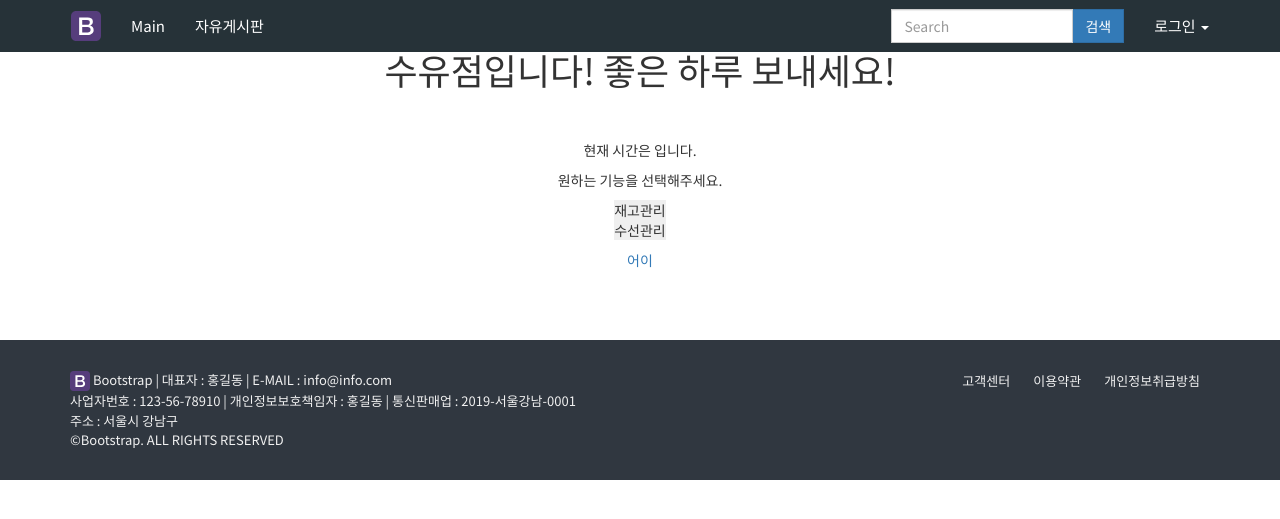
Repository: RattenLegs/Project_Inventory
Page: http://localhost/Project_Inventory/WEB-INF/views/home.jsp
An editor plug-in stored every save of this project. The page is shown before and after the next save, followed by the edit.
The browser window is 1280 px wide. The pictures show the whole page.
Some web libraries are served in a nearby version. The page is served by Tomcat 9. Nobody is signed in. Other server files are loaded and not shown. The template is opened directly, without the code that normally fills it, so the values that code supplies are empty.

Above is the page before, as saved 2022-12-01 14:13:56.

### Project_Inventory/src/main/webapp/WEB-INF/views/home.jsp
<%@ taglib uri="http://java.sun.com/jsp/jstl/core" prefix="c"%>
<%@ page session="false"%>
<%@ page language="java" contentType="text/html; charset=UTF-8"
	pageEncoding="UTF-8"%><!-- 한글 깨질때 꼭 해야함 -->
<html>
<head>
<meta charset="UTF-8">
<meta http-equiv="X-UA-Compatible" content="IE=edge">
<meta name="viewport" content="width=device-width, initial-scale=1.0">
<title>수유점 관리시스템에 오신걸 환영합니다.</title>

<jsp:include page="../include/header.jsp" />
</head>
<body>
	<section>
		<div style="text-align: center">
			<h1>수유점입니다! 좋은 하루 보내세요!</h1>
		</div>
	</section>
	<section>
		<div style="text-align: center">
			<P>현재 시간은 ${serverTime} 입니다.</P>
			<p>원하는 기능을 선택해주세요.</p>
			<button onclick="location.href='www.naver.com'">재고관리</button>
			<p>
			<button type="button" onclick="goRepairList();">수선관리</button>
			<p>
			<a href="../myweb/repairboard/repairList.jsp">어이</a>
			</p>
		</div>
	</section>
</body>
<jsp:include page="../include/footer.jsp" />
</html>

<script>

function goRepairList(){
    location.href = "repairList.jsp";
}

</script>

### Project_Inventory/src/main/webapp/WEB-INF/include/header.jsp
<%@ page language="java" contentType="text/html; charset=UTF-8"
    pageEncoding="UTF-8"%>
<%@ taglib uri="http://java.sun.com/jsp/jstl/core" prefix="c" %>

<!DOCTYPE html>
<html>
<head>

    <meta charset="utf-8">
    <meta http-equiv="X-UA-Compatible" content="IE=edge">
    <meta name="viewport" content="width=device-width, initial-scale=1">
    <title>인덱스를 만들어 보자</title>

	<!--
		${pageContext.request.contextPath} == <c:url value='' />
	 -->

    <link href="${pageContext.request.contextPath}/resources/css/bootstrap.css" rel="stylesheet">
    <script src="https://ajax.googleapis.com/ajax/libs/jquery/1.11.2/jquery.min.js"></script>
    <!--개인 디자인 추가-->
    <link href="${pageContext.request.contextPath}/resources/css/style.css" rel="stylesheet">
    <script src="${pageContext.request.contextPath}/resources/js/bootstrap.js"></script>
</head>
<body>
	<header>
        <div class="container-fluid">
            <div class="row">
                <div class="container">
                    <div class="navbar">
                        <div class="navbar-header">
                            <!--data-toggle 같은 것들은 내부적으로 지원하는 반응형 API기능이므로 지우면 안됩니다-->
                            <button type="button" class="navbar-toggle" data-toggle="collapse" data-target="#myNavbar">
                                <span class="icon-bar"></span>
                                <span class="icon-bar"></span>
                                <span class="icon-bar"></span>
                            </button>
                            <a class="navbar-brand" href="#"><img width="30" src="${pageContext.request.contextPath }/resources/img/logo.svg" alt="Brand"></a>
                        </div>


                        <div class="collapse navbar-collapse" id="myNavbar">
                            <ul class="nav navbar-nav">
                                <li class="active"><a href="<c:url value='/' />">Main</a></li>
                                <li><a href="<c:url value='/freeboard/freeList' />">자유게시판</a></li>
                                <!--
				<li><a href="#">강의</a></li>
                                <li><a href="#">Form</a></li>
                                <li><a href="#">Board</a></li>
 				-->

                            </ul>
                            <ul class="nav navbar-nav navbar-right">
                                <li class="dropdown">
                                    <a class="dropdown-toggle" data-toggle="dropdown" href="#">로그인
                                        <span class="caret"></span></a>
                                    <ul class="dropdown-menu">
                                        <li><a href="<c:url value='/user/userJoin' />"><span class="glyphicon glyphicon-user"></span>Join</a></li>
                                        <li><a href="#"><span class="glyphicon glyphicon-log-in"></span>Login</a></li>
                                        <li><a href="#"><span class="glyphicon glyphicon-user"></span>MyPage</a></li>
                                        <li><a href="#"><span class="glyphicon glyphicon-log-out"></span>Logout</a></li>
                                    </ul>
                                </li>
                            </ul>

                            <form class="navbar-form navbar-right" action="">
                                <div class="input-group">
                                    <input type="text" class="form-control" placeholder="Search">
                                    <div class="input-group-btn">

                                        <button class="btn btn-primary" type="submit">
                                           	 검색
                                        </button>
                                    </div>
                                </div>
                            </form>
                        </div>
                    </div>
                </div>
            </div>
        </div>
    </header>

### Project_Inventory/src/main/webapp/WEB-INF/include/footer.jsp
<%@ page language="java" contentType="text/html; charset=UTF-8"
    pageEncoding="UTF-8"%>
    <footer>
        <div class="container">
            <div class="row">
                <div class="col-md-7 col-sm-12">
                    <div class="copyright">
                        <a href="">
                            <img width="20" src="${pageContext.request.contextPath }/resources/img/logo.svg" alt="Brand">
                        </a>
                        Bootstrap | 대표자 : 홍길동 | E-MAIL : info&#64;info.com<br>
                        사업자번호 : 123-56-78910 | 개인정보보호책임자 : 홍길동 | 통신판매업 : 2019-서울강남-0001<br>
                        주소 : 서울시 강남구
                        <address>&copy;Bootstrap. ALL RIGHTS RESERVED</address>
                    </div>
                </div>
                <div class="col-md-5 col-sm-12 text-right">
                    <ul class="footer-menu">
                        <li><a href="#">고객센터</a></li>
                        <li><a href="#">이용약관</a></li>
                        <li><a href="#">개인정보취급방침</a></li>
                    </ul>
                </div>
            </div>
        </div>
    </footer>
    <!-- //footer -->

### Project_Inventory/src/main/webapp/resources/css/style.css
/*=========웹폰트 선언=========*/
@import
	url('https://fonts.googleapis.com/css?family=Noto+Sans+KR&display=swap')
	;
/*===========================*/

/*디자인 시작시 기본 선언*/
* { /* 기본선언: 마딩, 패딩 0, 요소크기에 padding, border값을 포함 x*/
	padding: 0;
	margin: 0;
	box-sizing: border-box;
}

body, html {
	width: 100%;
	min-width: 320px;
	font-family: 'Noto Sans KR', sans-serif; /*웹폰트 사용*/
}

img {
	max-width: 100%; /*사이즈가 변해도 넓이를 유지 */
	height: auto; /*사이즈가 변해도 높이를 유지 */
	/*vertical-align: top;*/
}

input, textarea, button, select {
	/*고유하게 적용되어있는 form관련 요소들을 제거해서 여러브라우저에서 동일한디자인을 얻게함*/
	-webkit-appearance: none;
	-moz-appearance: none;
	appearance: none;
	border: none
}

ul, ol, dl, li {
	list-style: none /*순서 요소들이 리스트스타일을 업앤다 */
}

.btn {
	border-radius: 0px;
}

/*=========헤더=========*/
.carousel-control.right, .carousel-control.left {
	background-image: linear-gradient(to right, rgba(0, 0, 0, .0001) 0%,
		rgba(0, 0, 0, 0) 100%)
}
header {
	position: fixed;
	left: 0;
	top: 0;
	width: 100%;
	z-index: 50; /*position을 이용하면 요소가 겹쳐질 수 있다. 숫자가 제일 높은값이 위로 떠오른다*/
}
header {
	background: #263238;
}

section {
	margin-top: 50px;
}

/*header 의 모든 컨테이너 클래스에 적용함 */
header .container {
	padding: 0;
}
/*navbar의 margin: 0으로 */
.navbar {
	margin-bottom: 0px;
}
/*이미지 위치 조정 */
.navbar-brand {
	padding: 10px 15px;
}
/*nav의 a변경*/
.nav>li>a {
	font-size: 15px;
	color: white;
}
/*na의 a 호버시 기능 변경 */
.nav>li>a:hover, .nav>li>a:focus {
	background-color: #304047;
}

/* 토글메뉴 윤곽색 변경 */
.navbar-toggle {
	border-color: white;
}

.navbar-toggle>.icon-bar {
	background-color: white;
}
/*개발자도구에서 확인후 색깔변경*/
.nav .open>a:focus {
	background-color: #304047;
}
/*부트스트랩의 드롭다운시 a태그 색상변경  */
.dropdown-menu>li>a {
	color: #f5f5f5;
}
/*======슬라이더=======*/
.slide-list {
	padding: 0;
}
/* ===================================
    Footer style
====================================== */
footer {
	margin-top: 70px;
	background-color: #303740;
	padding: 30px 0;
}

footer .copyright {
	font-size: 13px;
	line-height: 20px;
	color: #f1f1f1;
}

footer .copyright address {
	margin-bottom: 0;
}

footer .footer-menu li {
	display: inline-block;
	padding: 0 10px;
}

footer .footer-menu li a {
	display: block;
	color: #f1f1f1;
	font-size: 13px;
}

/*===========본문=========== */
/*섹션전체에 패딩 추가*/
section {
	/*위 60px 나머지 0 */

}

.prod-list, .prod-link {
	border: 1px solid #ddd; /*윤곽 1, 한줄, 색상 */
	display: block; /* 블락요소로 변경 반드시 필요 */
	text-align: center; /*이미지 가운데 정렬*/
	/* position: relative;*/
}
/*기본 부트설정은 좌우 15px임 -> col에 대해 전부 5px로 바꿔버린다*/
.prod-list, .prod-list>li[class*="col-"] {
	padding: 5px;
}

/*호버기능 추가*/
.prod-link:hover {
	border-color: #4285F4;
}

.prod-link>.arrow {
	display: block; /*span은 인라인 요소입니다 인라인요소는 position속성을 사용할수 없습니다*/
	position: absolute;
	/*원래 위치에서 따로 띠어내어 부모위치로 조정한다 width, heigth를 필수로 지정해야한다*/
	left: 15px; /*좌우 위치조정 left, right 중 한개만쓴다*/
	bottom: 15px; /*위아래 위치조정 top, bottom 중한개만 쓴다 */
	width: 36px; /* 넓이값 조정 */
	height: 36px; /* 높이값 조정*/
	line-height: 36px; /*텍스트가 위치에 맞게 높이와 동일하게 설정 */
	background-color: #ccc;
	color: #fff;
	opacity: 1; /*투명도*/
}
/* .hover클래스의 넓이 색상 투명도*/
.prod-link>.hover {
	width: 100px;
	background-color: #4285F4;
	opacity: 0;
}
/*link호버시 arrow클래스를 투명도 0*/
.prod-link:hover>.arrow {
	opacity: 0;
}
/*link호버시 hover클래스를 투명도 1*/
.prod-link:hover>.hover {
	opacity: 1;
}

/*========회원가입 폼 디자인=========*/
/*제목박스(계속사용) */
.titlebox {
	width: 250px;
	text-align: center;
	height: 40px;
	line-height: 40px;
	margin: 70px auto;
	border-top: 1px solid #E1E1E1;
	border-bottom: 1px solid #E1E1E1;
}

.join-form {
	margin: 0 auto;
	/*가운대 정렬방법 하지만 적용되지 않는다. 이유는 col클래스들이 float:left를 들고 있기 때문*/
	float: none; /*플롯을 해제한다. 가운대정렬이 들어간다*/
}
/*조인폼클래스의 form태그의 접근 */
.join-form form {
	border-radius: 8px; /*윤곽 8*/
	padding: 15px; /*모든 패딩 15*/
	/*박스 쉐도우: 그림자가 가로로떨어진간격, 세로로떨어진 간격, 흐릿정도, 그림자색상*/
	box-shadow: 0px 8px 16px rgba(0, 0, 0, 0.15)
}

.input-group-addon {
	padding: 0;
	border: none; /*윤곽 모두 0*/
	border-radius: 0;
}
/*폼컨트롤, 인풋그룹 내부에 모든 버튼 라디우스 0 */
.form-control, .form-group .btn {
	border-radius: 0;
}
/*포커스시 윤곽 색 변경*/
.form-control:focus {
	border-color: #555;
}
/* 핸드폰폼 디자인 */
.input-group .phone1 {
	width: 33.3333%;
}

.input-group .phone2 {
	width: 66.6666%;
}
/*이메일폼 디자인 */
.email-form {
	box-sizing: border-box;
	overflow: hidden;
}

.email-form input {
	width: 33.33%;
	float: left;
}

.email-form select {
	width: 66.66%;
	float: left;
}
/*=========로그인 디자인==========*/
.login-form {
	margin: 0 auto;
	float: none;
}

.login-form form {
	border-radius: 8px; /*윤곽 8*/
	padding: 70px 120px; /*위아래, 좌우*/
	/*박스 쉐도우: 그림자가 가로로떨어진간격, 세로로떨어진 간격, 흐릿정도, 그림자색상*/
	box-shadow: 0px 8px 16px rgba(0, 0, 0, 0.15);
	margin-bottom: 174px; /*화면에 딱맞게 밀어준다*/
}

/*========회원정보 디자인=========*/
.m-control .m-title {
	min-width: 100px; /*화면줄었을때 최소크기*/
	vertical-align: middle; /*가운대 정렬*/
}

.m-control .form-control {
	width: 200px;
	display: inline; /*인라인요소로 변경한다*/
}
/*개발자 도구에서 input-sm의 정렬을 푼다*/
.m-control .input-sm {
	height: auto;
	line-height: normal;
}
/*sel의 크기만 지정*/
.m-control  .sel {
	width: 80px;
}

.m-control .add {
	width: 400px;
}

.titlefoot {
	text-align: center; /*인라인의 텍스트정렬 가운데*/
	margin: 30px auto; /*박스의 가운데정렬*/
	width: 50%; /*크기 50%*/
}

/*==========자게 디자인==========*/
.titlebox {
	width: 250px;
	text-align: center;
	height: 40px;
	line-height: 40px;
	margin: 70px auto;
	border-top: 1px solid #E1E1E1;
	border-bottom: 1px solid #E1E1E1;
}
/*자게 그리드*/
.board-table {
	float: none; /*col의 플로팅 해제 */
	margin: 0 auto;
}
/*---검색버튼--- */
.search-wrap {
	overflow: hidden; /*부모요소에 히든 */
	margin-bottom: 20px;
}

.search-btn, .search-input, .search-select {
	float: right; /*우측 플로팅 */
}

.search-input {
	width: 140px;
}

.search-select {
	width: 80px;
}

/*제목에 클래스를 줘서 강제로 크기 고정*/
.board-title {
	width: 300px;
}
/*th의 순차적 접근 색상변경 */
.table-bordered>thead>tr>th {
	background-color: #E7F2F9;
	color: #003366;
}

/*테이블 안에 a태그에 순차적 접근 */
.table-bordered>tbody>tr>td>a, .table-bordered>tbody>tr>td>a:hover {
	color: black;
}

.pagination {
	margin: 0; /*페이지 네이션의 기본 마진 0*/
}

.text-center .btn {
	float: right; /*오른쪽으로 쌓아서 우측정렬 시킨다*/
	border: 0; /*border스타일 해제*/
	border-radius: 0; /*윤곽 0*/
	padding: 5px 10px; /*버튼 패딩을 페이지네이션과 맞춘다*/
}

/*==========자게 글쓰기==========*/
.titlebox {
	width: 250px;
	text-align: center;
	height: 40px;
	line-height: 40px;
	margin: 70px auto;
	border-top: 1px solid #E1E1E1;
	border-bottom: 1px solid #E1E1E1;
}

.t-control .t-title {
	width: 100px;
	min-width: 100px; /*화면줄었을때 최소크기*/
	vertical-align: middle; /*테이블에서 세로 가운대정렬*/
}

/*input 요소의 넓이만 선택*/
.t-control input {
	width: 200px;
	display: inline; /*인라인요소로 변경한다*/
}

/*개발자 도구에서 input-sm의 정렬을 푼다*/
.t-control .input-sm {
	height: auto;
	line-height: normal;
}
/*td의 아래만 밑줄*/
.t-control td {
	border-bottom: 1px solid #E1E1E1;
}

.titlefoot {
	text-align: center;
	margin: 30px auto; /*박스의 가운데정렬*/
	width: 50%; /*크기 50%*/
}
/*==========자게 상세보기==========*/
.write-wrap {
	margin: 0 auto;
	/*가운대 정렬방법 하지만 적용되지 않는다. 이유는 col클래스들이 float:left를 들고 있기 때문*/
	float: none; /*플롯을 해제한다. 가운대정렬이 들어간다*/
}
/*=======댓글========*/
.reply-wrap {
	background-color: #f5f5f5;
	padding: 15px;
	border: 1px solid #ddd;
	position: relative; /*부모에 relative*/
}

.reply-wrap .reply-image {
	position: absolute; /*자식에서 absolute로 부모요소 위치로 조정*/
	left: 15px;
	top: 15px;
}

.reply-wrap .reply-content {
	padding-left: 60px;
}
/*부트스트랩의 form-control 조정 */
.reply-content>.form-control {
	resize: vertical; /*세로로만 조정가능*/
	width: 100%; /*최대 100%*/
	min-height: 80px; /*최대 넓이*/
	margin-bottom: 10px;
}

.reply-input>.form-control {
	width: 200px;
	margin-bottom: 5px;
}

.reply-group {
	overflow: hidden;
}

.reply-input {
	float: left;
}

.reply-group .right {
	float: right;
}

/*댓글 영역*/
.reply-group small {
	margin-left: 10px;
	height: 20px;
	line-height: 20px;
}

.reply-group small, .reply-group strong {
	float: left;
}

.reply-group a {
	text-decoration: none;
	color: #777;
	float: right;
}
/*댓글창 포커스시 서서히 보이기 */
.reply-content textarea {
	height: 50px;
	transition: height .4s ease-in-out;
}

.reply-content textarea:focus {
	height: 150px;
}
/*==========토글탭 mypage==========*/
.tabs-style {
	background-color: #607D8B;
}
/*탭버튼 아래 마진 50*/
.tabs-style {
	margin-bottom: 50px;
}

.tabs-style>li {
	margin-bottom: 0;
}

.tabs-style li a {
	background-color: #607D8B;
	border: none;
	margin: 0;
	border-radius: 0px;
}

.tabs-style li.active a, .tabs-style li.active a:hover, .tabs-style li.active a:focus
	{
	border: none;
	background-color: #56707D;
	color: #fff;
}

.myInfo {
	margin: 0 auto;
	float: none;
}

.myInfo-inner {
	margin: 0;
	float: none;
}

/*==========mypage check==========*/
.infoCheck {
	margin: 0 auto;
	float: none;
}

.infoCheck-form ul {
	width: 270px;
	margin: 0 auto;
}

.infoCheck-form li {
	position: relative;
	padding-left: 95px;
}

.infoCheck-form li .lab {
	font-size: 20px;
	position: absolute;
	top: 0;
	left: 0;
}

.infoCheck-form input {
	width: 170px;
	margin: 0;
}

.infoCheck .alert {
	margin-bottom: 50px;
	border-radius: 0;
}

.infoCheck-btn {
	width: 270px;
	margin-top: 40px;
	margin: 0 auto;
}

.infoCheck-btn button {
	margin-top: 20px;
	padding: 5px 51.5px;
}

### Project_Inventory/src/main/webapp/resources/img/logo.svg
<svg xmlns="http://www.w3.org/2000/svg" viewBox="0 0 612 612" focusable="false" role="img">
  <title>Bootstrap</title>
  <path fill="#563D7C" d="M612 510c0 56.1-45.9 102-102 102H102C45.9 612 0 566.1 0 510V102C0 45.9 45.9 0 102 0h408c56.1 0 102 45.9 102 102v408z"/>
  <path fill="#FFF" d="M166.3 133h173.5c32 0 57.7 7.3 77 22s29 36.8 29 66.5c0 18-4.4 33.4-13.2 46.2-8.8 12.8-21.4 22.8-37.8 29.8v1c22 4.7 38.7 15.1 50 31.2 11.3 16.2 17 36.4 17 60.8 0 14-2.5 27.1-7.5 39.2-5 12.2-12.8 22.7-23.5 31.5s-24.3 15.8-41 21-36.5 7.8-59.5 7.8h-164V133zm62.5 149.5h102c15 0 27.5-4.2 37.5-12.8s15-20.8 15-36.8c0-18-4.5-30.7-13.5-38s-22-11-39-11h-102v98.6zm0 156.5h110.5c19 0 33.8-4.9 44.2-14.8 10.5-9.8 15.8-23.8 15.8-41.8 0-17.7-5.2-31.2-15.8-40.8s-25.2-14.2-44.2-14.2H228.8V439z"/>
</svg>

Loaded but not shown: Project_Inventory/src/main/webapp/resources/css/bootstrap.css (library); Project_Inventory/src/main/webapp/resources/js/bootstrap.js (library)

After the next save:
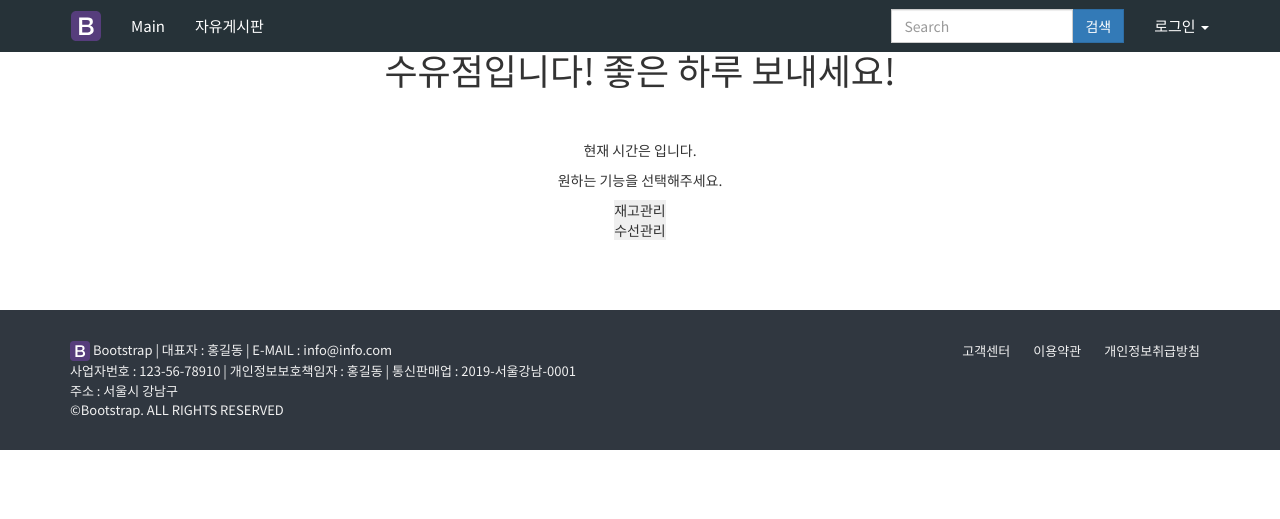
Saved 28 s later.
--- a/Project_Inventory/src/main/webapp/WEB-INF/views/home.jsp
+++ b/Project_Inventory/src/main/webapp/WEB-INF/views/home.jsp
@@ -24,9 +24,7 @@
 			<button onclick="location.href='www.naver.com'">재고관리</button>
 			<p>
 			<button type="button" onclick="goRepairList();">수선관리</button>
-			<p>
-			<a href="../myweb/repairboard/repairList.jsp">어이</a>
-			</p>
+
 		</div>
 	</section>
 </body>
